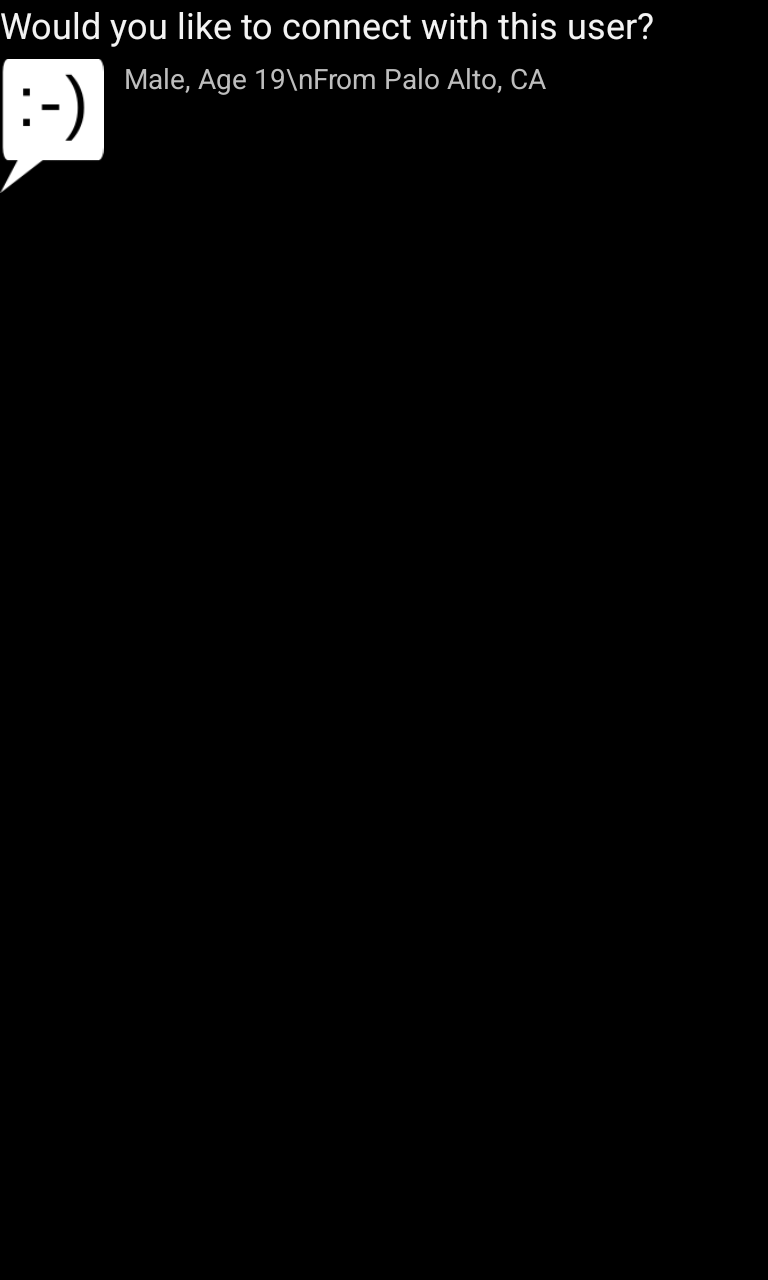
Repository: thomasteisberg/FamiliarFaces
Layout: Android/FamiliarFacesAndroid/res/layout/proposeconnection.xml
The author's editor kept a copy of each file at every save. The layout is drawn from the files as they stood at one save, then again after the next save.
It is drawn on a 768 x 1280 px phone screen (xhdpi) without system bars, with theme android:Theme.Holo; the app's code is not run.

Above is the layout before, as saved 2014-02-15 14:07:07.

### Android/FamiliarFacesAndroid/res/layout/proposeconnection.xml
<?xml version="1.0" encoding="utf-8"?>
<LinearLayout xmlns:android="http://schemas.android.com/apk/res/android"
    android:layout_width="match_parent"
    android:layout_height="match_parent"
    android:orientation="vertical">

    <TextView
        android:id="@+id/textView1"
        android:layout_width="wrap_content"
        android:layout_height="wrap_content"
        android:text="Would you like to connect with this user?"
        android:textAppearance="?android:attr/textAppearanceMedium" />

    <LinearLayout
        android:layout_width="match_parent"
        android:layout_height="wrap_content"
        android:layout_marginTop="10px">

        <ImageView
            android:id="@+id/imageView1"
            android:layout_width="52dp"
            android:layout_height="67dp"
            android:src="@drawable/icon" />

        <TextView
            android:id="@+id/textView2"
            android:layout_width="wrap_content"
            android:layout_height="wrap_content"
            android:text="Male, Age 19\nFrom Palo Alto, CA"
            android:textAppearance="?android:attr/textAppearanceSmall"
            android:layout_marginLeft="10dip" />
    </LinearLayout>

</LinearLayout>

After the next save:
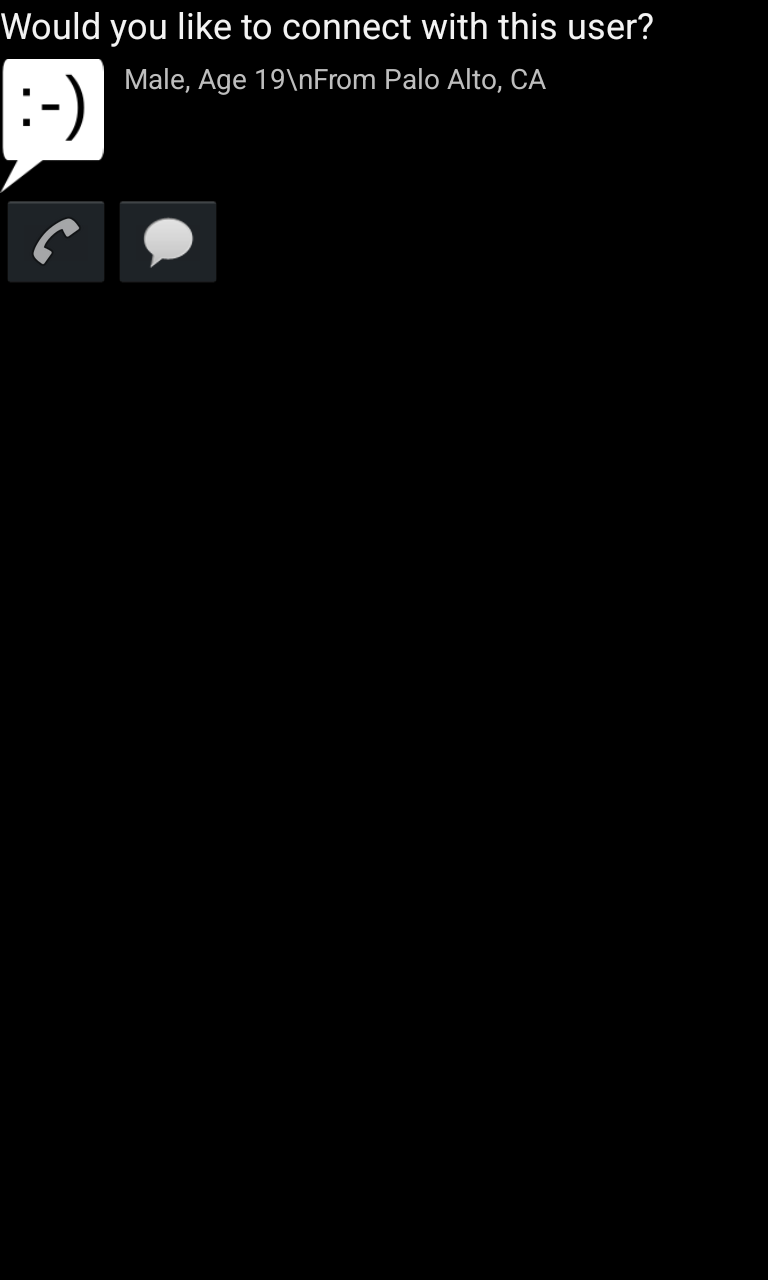
Saved 3 min 19 s later.
--- a/Android/FamiliarFacesAndroid/res/layout/proposeconnection.xml
+++ b/Android/FamiliarFacesAndroid/res/layout/proposeconnection.xml
@@ -31,4 +31,23 @@
             android:layout_marginLeft="10dip" />
     </LinearLayout>
 
+    <LinearLayout
+        android:layout_width="match_parent"
+        android:layout_height="wrap_content">
+
+        <ImageButton
+            android:id="@+id/imageButton1"
+            android:layout_width="wrap_content"
+            android:layout_height="wrap_content"
+            android:src="@android:drawable/ic_menu_call" />
+
+        <ImageButton
+            android:id="@+id/imageButton2"
+            android:layout_width="wrap_content"
+            android:layout_height="wrap_content"
+            android:layout_gravity="right"
+            android:src="@android:drawable/sym_action_chat" />
+
+    </LinearLayout>
+
 </LinearLayout>
